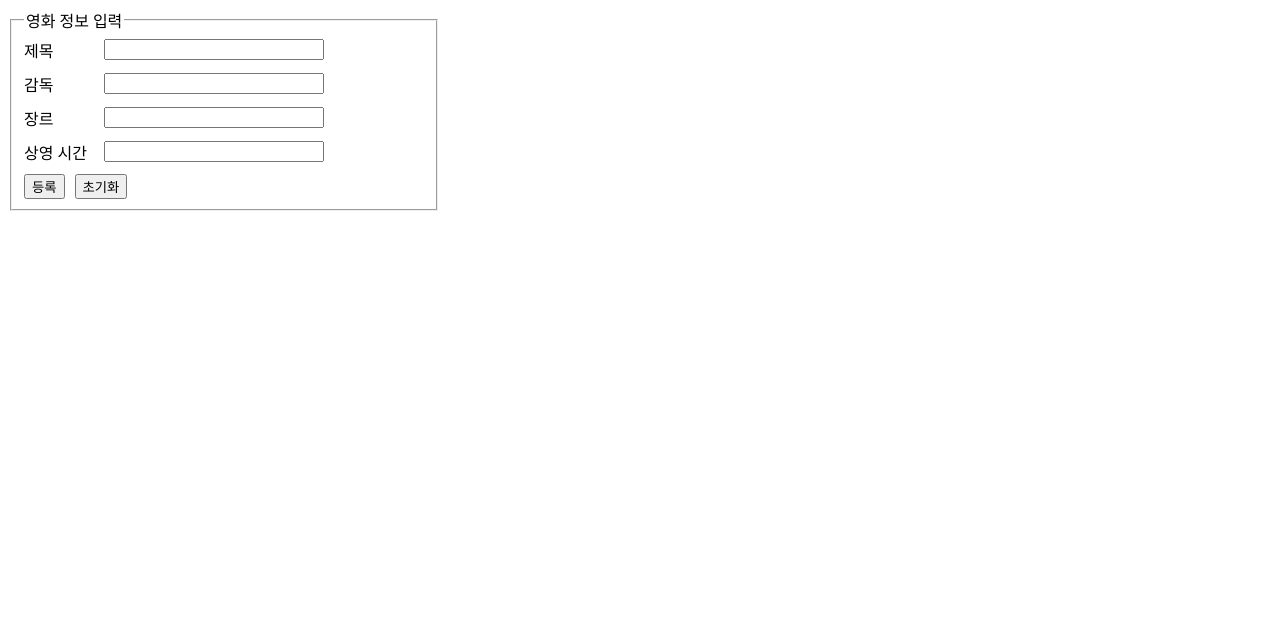
Repository: s00ngle/SSAFY-BE
Page: back_db_ws_01_2/src/main/webapp/regist.html
An editor plug-in stored every save of this project. The page is shown before and after the next save, followed by the edit.
The browser window is 1280 px wide. The pictures show the whole page.

Above is the page before, as saved 2024-09-24 04:29:15.

### back_db_ws_01_2/src/main/webapp/regist.html
<!DOCTYPE html>
<html lang="ko">
<head>
    <meta charset="UTF-8">
    <meta name="viewport" content="width=device-width, initial-scale=1.0">
    <title>영화 정보 입력</title>
    <style>
        fieldset {
            width: 400px;
        }
        .input-group {
            display: flex;
            align-items: center;
            margin-bottom: 10px;
        }
        .input-group label {
            width: 80px;
        }
        .input-group input {
            flex: 1;
            margin-right: 100px;
        }
        .button-group {
            display: flex;
            justify-content: flex-start;
            margin-top: 10px;
        }
        .button-group button {
            margin-right: 10px;
        }
    </style>
</head>
<body>
    <form action="/main" method="post">
        <fieldset>
            <legend>영화 정보 입력</legend>

            <div class="input-group">
                <label for="title">제목</label>
                <input type="text" name="title" required />
            </div>

            <div class="input-group">
                <label for="director">감독</label>
                <input type="text" name="director" required />
            </div>

            <div class="input-group">
                <label for="genre">장르</label>
                <input type="text" name="genre" required />
            </div>

            <div class="input-group">
                <label for="running-time">상영 시간</label>
                <input type="text" name="running-time" required />
            </div>
	        <input type="hidden" name="action" value="regist"/>
	        <div class="button-group">
	            <button type="submit">등록</button>
	            <button type="reset">초기화</button>
	        </div>
        </fieldset>
    </form>
</body>
</html>

After the next save:
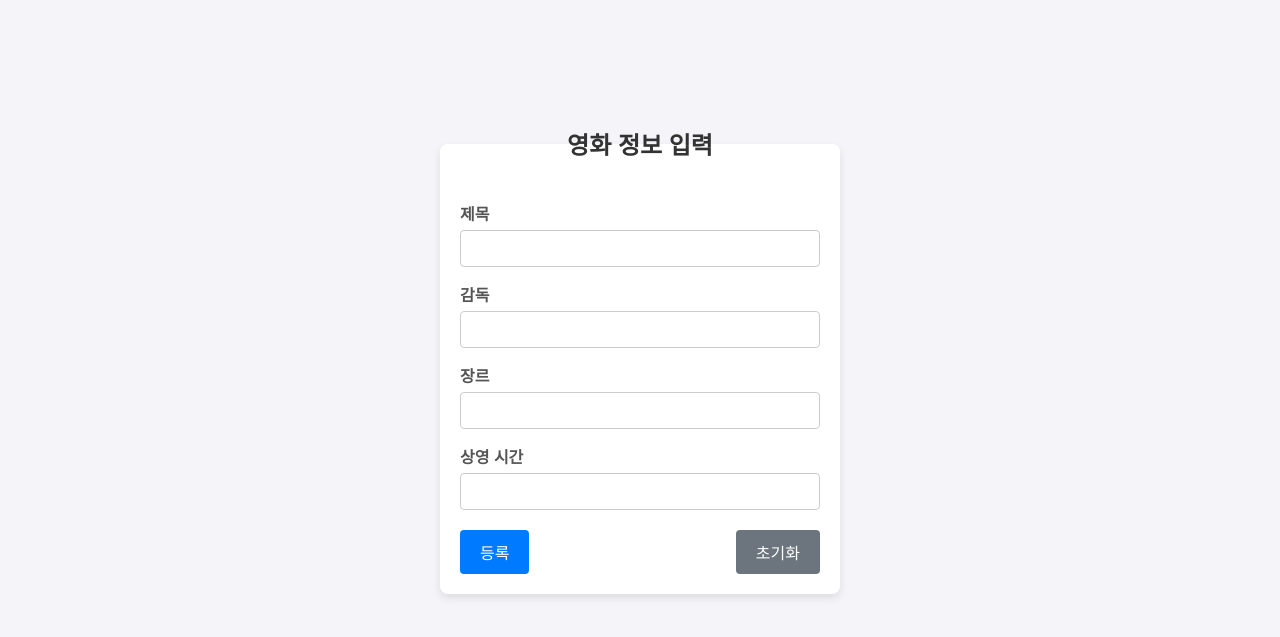
Saved 31 s later.
--- a/back_db_ws_01_2/src/main/webapp/regist.html
+++ b/back_db_ws_01_2/src/main/webapp/regist.html
@@ -5,28 +5,80 @@
     <meta name="viewport" content="width=device-width, initial-scale=1.0">
     <title>영화 정보 입력</title>
     <style>
+        * {
+            box-sizing: border-box;
+            margin: 0;
+            padding: 0;
+            font-family: Arial, sans-serif;
+        }
+        body {
+            background-color: #f4f4f9;
+            display: flex;
+            justify-content: center;
+            align-items: center;
+            height: 100vh;
+        }
         fieldset {
             width: 400px;
+            background-color: #fff;
+            border: none;
+            border-radius: 8px;
+            box-shadow: 0 4px 8px rgba(0, 0, 0, 0.1);
+            padding: 20px;
+        }
+        legend {
+            font-size: 1.5em;
+            font-weight: bold;
+            color: #333;
+            margin-bottom: 20px;
+            text-align: center;
         }
         .input-group {
-            display: flex;
-            align-items: center;
-            margin-bottom: 10px;
+            margin-bottom: 15px;
         }
         .input-group label {
-            width: 80px;
+            display: block;
+            margin-bottom: 5px;
+            font-weight: bold;
+            color: #555;
         }
         .input-group input {
-            flex: 1;
-            margin-right: 100px;
+            width: 100%;
+            padding: 10px;
+            border: 1px solid #ccc;
+            border-radius: 4px;
+            transition: border-color 0.3s ease;
+        }
+        .input-group input:focus {
+            border-color: #007BFF;
+            outline: none;
         }
         .button-group {
             display: flex;
-            justify-content: flex-start;
-            margin-top: 10px;
+            justify-content: space-between;
+            margin-top: 20px;
         }
         .button-group button {
-            margin-right: 10px;
+            padding: 10px 20px;
+            border: none;
+            border-radius: 4px;
+            cursor: pointer;
+            font-size: 1em;
+            transition: background-color 0.3s ease;
+        }
+        .button-group button[type="submit"] {
+            background-color: #007BFF;
+            color: #fff;
+        }
+        .button-group button[type="submit"]:hover {
+            background-color: #0056b3;
+        }
+        .button-group button[type="reset"] {
+            background-color: #6c757d;
+            color: #fff;
+        }
+        .button-group button[type="reset"]:hover {
+            background-color: #5a6268;
         }
     </style>
 </head>
@@ -54,11 +106,13 @@
                 <label for="running-time">상영 시간</label>
                 <input type="text" name="running-time" required />
             </div>
-	        <input type="hidden" name="action" value="regist"/>
-	        <div class="button-group">
-	            <button type="submit">등록</button>
-	            <button type="reset">초기화</button>
-	        </div>
+
+            <input type="hidden" name="action" value="regist"/>
+
+            <div class="button-group">
+                <button type="submit">등록</button>
+                <button type="reset">초기화</button>
+            </div>
         </fieldset>
     </form>
 </body>
